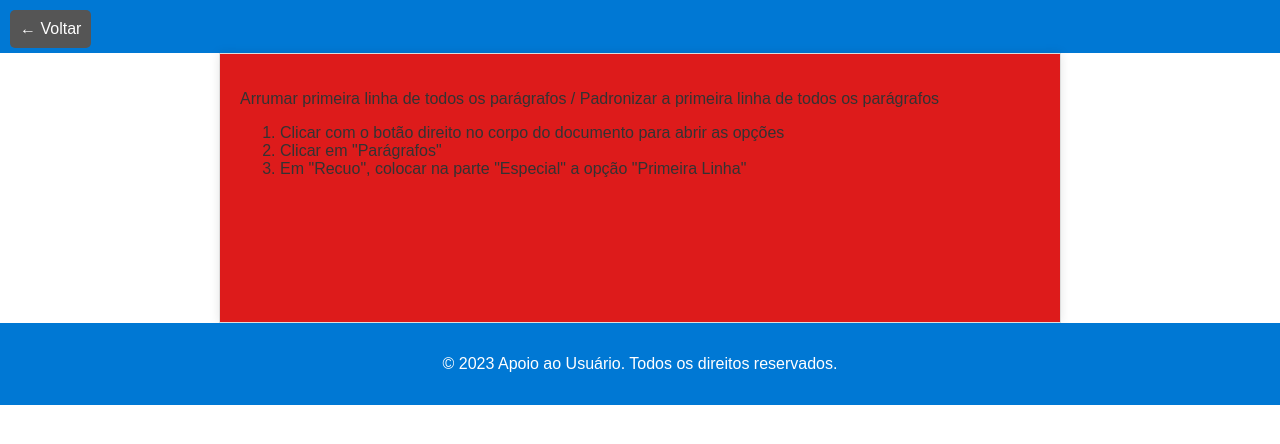
Repository: I4guito/dicasdez
Page: Dicas site/office365 tutoriais/wordtutoriais/criardocumentoword.html
An editor plug-in stored every save of this project. The page is shown before and after the next save, followed by the edit.
The browser window is 1280 px wide. The pictures show the whole page.

Above is the page before, as saved 2023-11-30 16:31:19.

### Dicas site/office365 tutoriais/wordtutoriais/criardocumentoword.html
<!DOCTYPE html>
<html lang="pt-br">
<head>
    <meta charset="UTF-8">
    <meta name="viewport" content="width=device-width, initial-scale=1.0">
    <link rel="stylesheet" href="ztutor.css">
    <script src="/Dicas site/opera.js"></script>
    <title>Tutoriak</title>
</head>
<body>
    <header>
        <a href="javascript:history.back()" class="voltar-btn">&#8592; Voltar</a>
        <h1></h1>

    </header>
<div class="container">
    <section class="tutorial-content">

        <p>Arrumar primeira linha de todos os parágrafos / Padronizar a primeira linha de todos os parágrafos</p>
        <ol>
            <li>Clicar com o botão direito no corpo do documento para abrir as opções</li>
            <li>Clicar em "Parágrafos"</li>
            <li>Em "Recuo", colocar na parte "Especial" a opção "Primeira Linha"</li>

        </ol>
    </section><br><br><br><br><br><br>
</div>



    <footer>
        <p>&copy; 2023 Apoio ao Usuário. Todos os direitos reservados.</p>
    </footer>
</body>
</html>

### Dicas site/office365 tutoriais/wordtutoriais/ztutor.css
body {
    font-family: 'Arial', sans-serif;
    margin: 0;
    padding: 0;
}

header {
    background-color: #0078D4;
    color: white;
    text-align: center;
    padding: 1rem;
}

header img {
    max-width: 100px;
    margin-top: 10px;
}

.container {
    max-width: 800px;
    margin: 0 auto;
    background-color: #dd1b1b;
    padding: 20px;
    box-shadow: 0 0 10px rgba(0, 0, 0, 0.1);
    border: 1px solid #ddd;
    color: #333;
}

.problems-list {
    max-width: 600px;
    margin: 20px auto;
    padding: 20px;
    border: 1px solid #ddd;
    border-radius: 5px;
}

.problems-list h2 {
    color: #0078D4;
}

.problems-list ul {
    list-style-type: none;
    padding: 0;
}

.problems-list li {
    margin: 10px 0;
    border-bottom: 1px solid #ddd;
    padding: 10px;
    background-color: #53616b;
}

.problems-list li:last-child {
    border-bottom: none; /
}

.problems-list a {
    text-decoration: none;
    color: #0078D4;
    transition: color 0.3s;
}

.problems-list a:hover {
    color: #004377;
}

footer {
    background-color: #0078D4;
    color: white;
    text-align: center;
    padding: 1rem;
}

.link-instrucoes {
    font-family:cursive;
    width: 50px;
    left: 10px;
    text-decoration: none;
    color: #fff;
    font-size: 25px;
    padding: 3px;
    background-color: #555;
    border: none;
    border-radius: 10px;
    cursor: pointer;
    transition:  background-color 0.3s;
}

.link-instrucoes:hover {
    background-color:#777
}


.voltar-btn {
    position: absolute;
    left: 10px;
    top: 10px;
    text-decoration: none;
    color: #fff;
    font-size: 16px;
    padding: 10px;
    background-color: #555;
    border: none;
    border-radius: 5px;
    cursor: pointer;
    transition: background-color 0.3s;
}

.voltar-btn:hover {
    background-color: #777;
}


.step {
    max-width: 800px;
    margin: 0 auto;
    background-color: #333;
    padding: 20px;
    box-shadow: 0 0 10px rgba(0, 0, 0, 0.1);
    border: 1px solid #ddd;
    color: #333;
    margin-bottom: 40px;
    padding: 20px;
    border-radius: 8px;
    box-shadow: 0 4px 8px rgba(0, 0, 0, 0.1);
}

### Dicas site/opera.js

const isOpera = navigator.userAgent.indexOf("OPR") > -1;


if (isOpera) {
  document.addEventListener("DOMContentLoaded", function () {
    document.querySelector("body").style.backgroundColor = "#005c4b";
    document.querySelector(".container").style.color = "#333";
  });
}

After the next save:
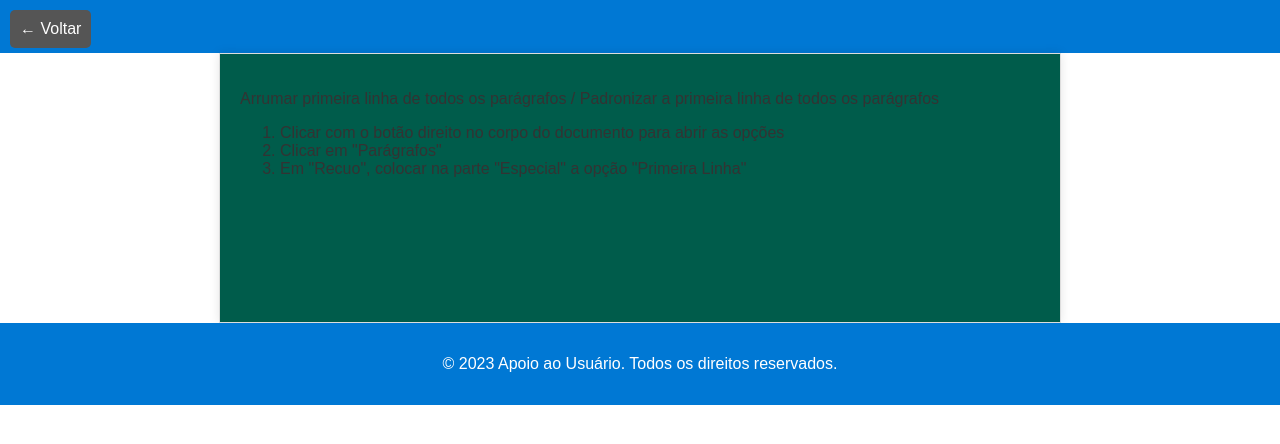
Saved 11 s later.
--- a/Dicas site/office365 tutoriais/wordtutoriais/ztutor.css
+++ b/Dicas site/office365 tutoriais/wordtutoriais/ztutor.css
@@ -19,7 +19,7 @@ header img {
 .container {
     max-width: 800px;
     margin: 0 auto;
-    background-color: #dd1b1b;
+    background-color: #005c4b;
     padding: 20px;
     box-shadow: 0 0 10px rgba(0, 0, 0, 0.1);
     border: 1px solid #ddd;
